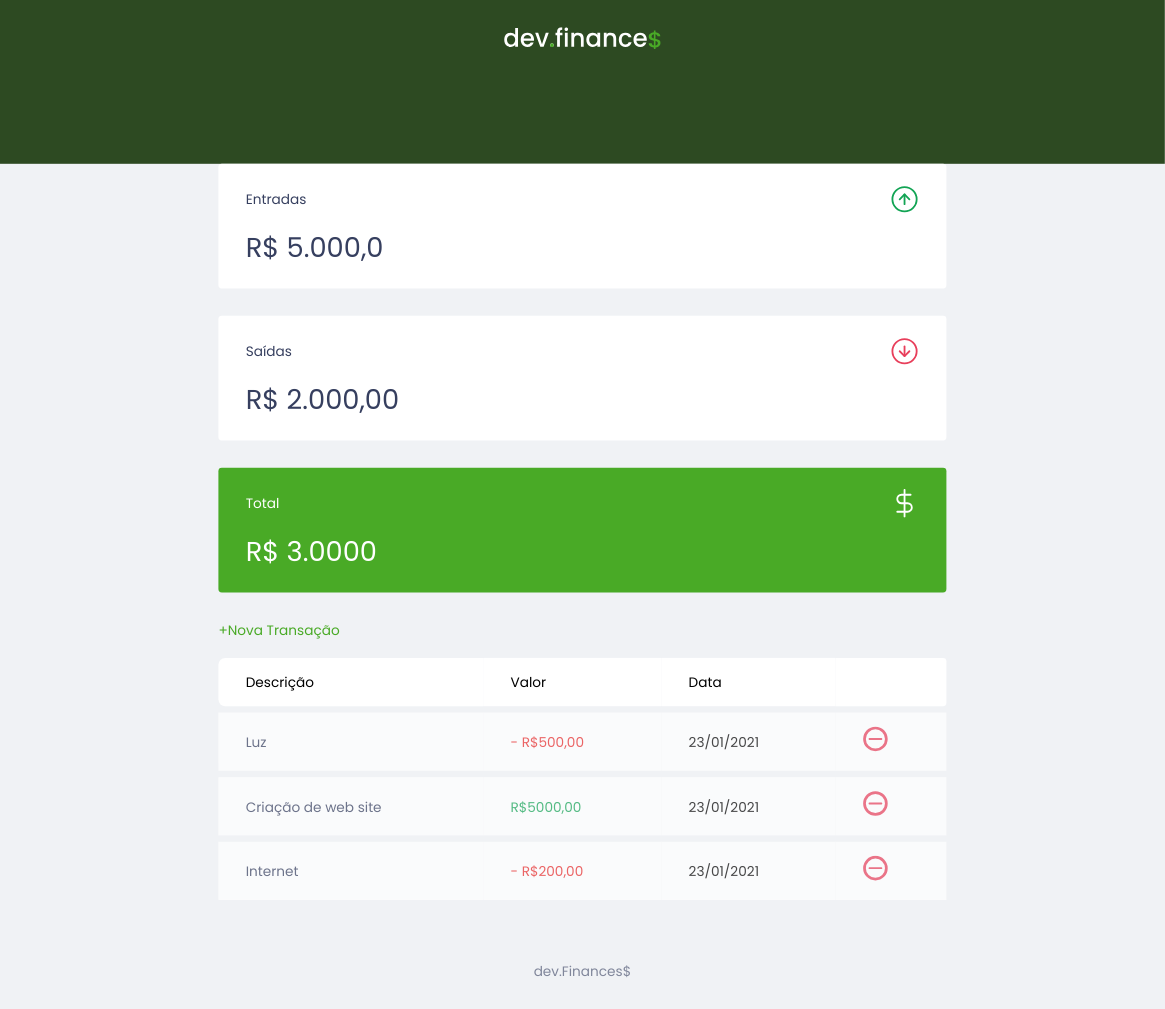
Repository: rafaelmgr12/maratona-dev01
Page: index.html
These files come from the project's save history. The page is drawn as it stood at one moment and after the next save; the edit follows.
The browser window is 1280 px wide. The pictures show the whole page, at 91% of full size.

Above is the page before, as saved 2021-04-27 20:49:21.

### index.html
<!DOCTYPE html>
<html lang="pt-br">
  <head>
    <meta charset="UTF-8" />
    <meta http-equiv="X-UA-Compatible" content="IE=edge" />
    <meta name="viewport" content="width=device-width, initial-scale=1.0" />
    <title>Rafael-app.finance$</title>
    <link rel="stylesheet" href="style.css" />
    <link rel="preconnect" href="https://fonts.gstatic.com" />
    <link
      href="https://fonts.googleapis.com/css2?family=Poppins:ital,wght@0,100;0,400;0,700;1,100;1,400;1,700&display=swap"
      rel="stylesheet"
    />
  </head>
  <body>
    <header>
      <img src="./assets/logo.svg" alt="Logo dev.Finance" />
    </header>
    <main class="container">
      <section id="balance">
        <h2 class="sr-only">Balanço</h2>

        <div class="card">
          <h3>
            <span>Entradas </span>
            <img src="./assets/income.svg" alt="Imagem de entradas" />
          </h3>
          <p>R$ 5.000,0</p>
        </div>
        <div class="card">
          <h3>
            <span>Saídas</span>
            <img src="./assets/expense.svg" alt="Image de saídas" />
          </h3>
          <p>R$ 2.000,00</p>
        </div>
        <div class="card total">
          <h3>
            <span>Total</span>
            <img src="./assets/total.svg" alt="Image de total" />
          </h3>
          <p>R$ 3.0000</p>
        </div>
      </section>
      <section id="transaction">
        <h2 class="sr-only">Transações</h2>

        <a href="#" class="button new">+Nova Transação</a>

        <table id="data-table">
          <thead>
            <tr>
              <th>Descrição</th>
              <th>Valor</th>
              <th>Data</th>
              <th></th>
            </tr>
          </thead>
          <tbody>
            <tr>
              <td class="description">Luz</td>
              <td class="expense">- R$500,00</td>
              <td class="date">23/01/2021</td>
              <td><img src="./assets/minus.svg" alt="Retirar Transação"></td>

            </tr>
            <tr>
              <td class="description">Criação de web site</td>
              <td class="income">R$5000,00</td>
              <td class="date">23/01/2021</td>
              <td><img src="./assets/minus.svg" alt="Retirar Transação"></td>
            </tr>
            <tr>
              <td class="description">Internet</td>
              <td class="expense">- R$200,00</td>
              <td class="date">23/01/2021</td>
              <td><img src="./assets/minus.svg" alt="Retirar Transação"></td>

            </tr>
          </tbody>
        </table>
      </section>
    </main>
    <footer>dev.Finances$</footer>
  </body>
</html>

### style.css
/* Global ======================================== */
:root {
  --dark-blue: #363f5f;
}
* {
  margin: 0;
  padding: 0;
  box-sizing: border-box;
}

html{
  font-size: 93.75%; /* 15px */
}

body {
  background: #f0f2f5;
  font-family: "Poppins", sans-serif;
}
/*Tricks para sumir elementos da tela, mantendo a funcionalidade de um screenreader*/
.sr-only{
  position: absolute;
  width: 1px;
  height: 1px;
  padding: 0;
  margin: -1px;
  overflow: hidden;
  clip: rect(0,0,0,0);
  white-space: nowrap;
  border-width: 0;

}
.container {
  width: min(90vw, 800px);
  margin: auto;
}
/* Titles ======================================== */
h2 {
  margin-top: 3.2rem;
  margin-bottom: 0.8rem;
  color: var(--dark-blue);

  font-weight: normal;
}
/* Links and Buttons ======================================== */
a{
  color: #49aa26;
  text-decoration: none;
}

a:hover {
  color: #3dd705;
}

.button.new{
  display: inline-block;
  margin-bottom: .8rem;

}


/* Header ======================================== */
header {
  background: #2d4a22;
  padding: 2rem 0 8rem;
  text-align: center;
}

#logo {
  color: #fff;
  font-weight: 100;
}

/* Balance ======================================== */
balance {
  margin-top: -8rem;
}

balance h2 {
  color: white;
  margin-top: 0;
}

/* Cards ======================================== */

.card {
  background : white;
  padding: 1.5rem 2rem;
  border-radius: 0.25rem;

  margin-bottom: 2rem;

  color: var(--dark-blue);
}

.card h3 {
  font-weight: normal;
  font-size: 1rem;
  display : flex;
  align-items: center;
  justify-content: space-between;
}

.card p {
  font-size: 2rem;
  line-height: 3rem;

  margin-top: 1rem;
}

.card.total {
  background: #49aa26;
  color: white;
}
/* Table  ======================================== */
#data-table {
  width: 100%;
  border-spacing: 0 0.5rem;
}
table thead tr th:first-child,
table thead tr td:first-child
{
  border-radius: 0.5rem 0 0 0.5rem;
}

table thead tr th:last-child,
table thead tr td:last-child {
  border-radius: 0 0.25rem 0.25rem 0 ;

}

table thead th {
  background: white;

  font-weight: normal;
  padding: 1rem 2rem;
  text-align: left;
}
table tbody tr {
  opacity: 0.7;
}
table tr:hover {
  opacity: 1;
}
table tbody td {
  background: white;
  padding: 1rem 2rem;
}

td.description {
  color: var(--dark-blue);
}

td.income {
  color: #12a454;
}
td.expense {
    color : #e92929;
}

/* footer ======================================== */
footer {
  text-align: center;
  padding : 4rem 0 2rem;
  color: var(--dark-blue);

  opacity : 0.6;
}
/* Responsive ======================================== */

@media(min-width: 800px){

}

After the next save:
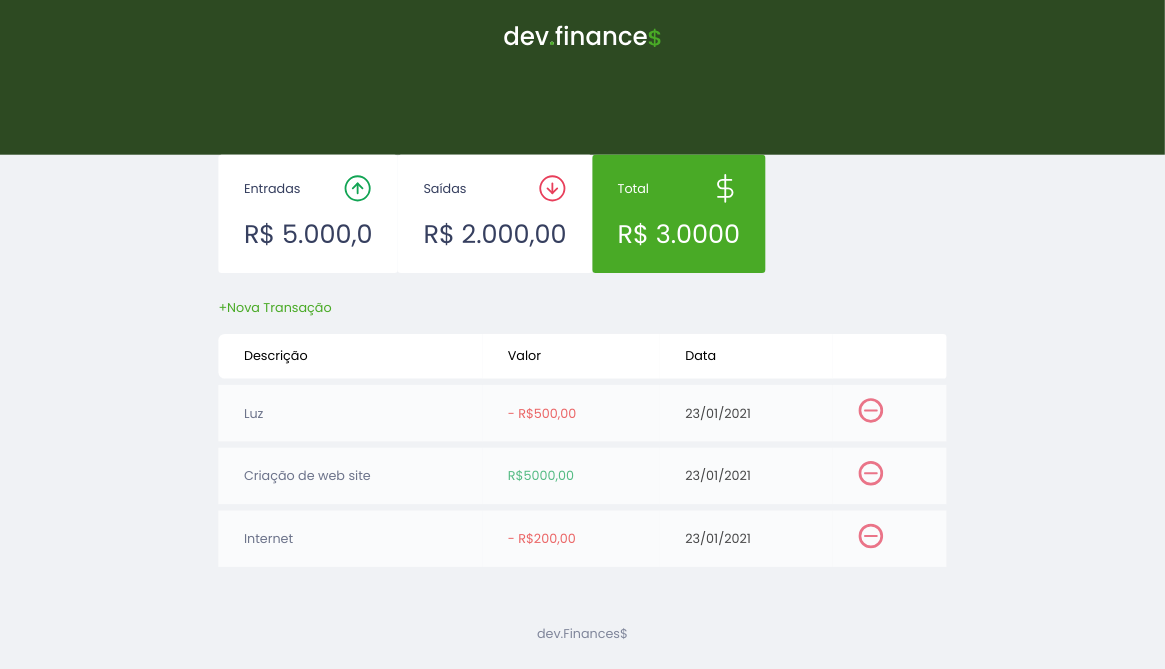
Saved 86 s later.
--- a/style.css
+++ b/style.css
@@ -168,5 +168,12 @@ footer {
 /* Responsive ======================================== */
 
 @media(min-width: 800px){
+  html{
+    font-size: 87.5%;
 
+  }
+  #balance{
+    display: flex;
+
+  }
 }
